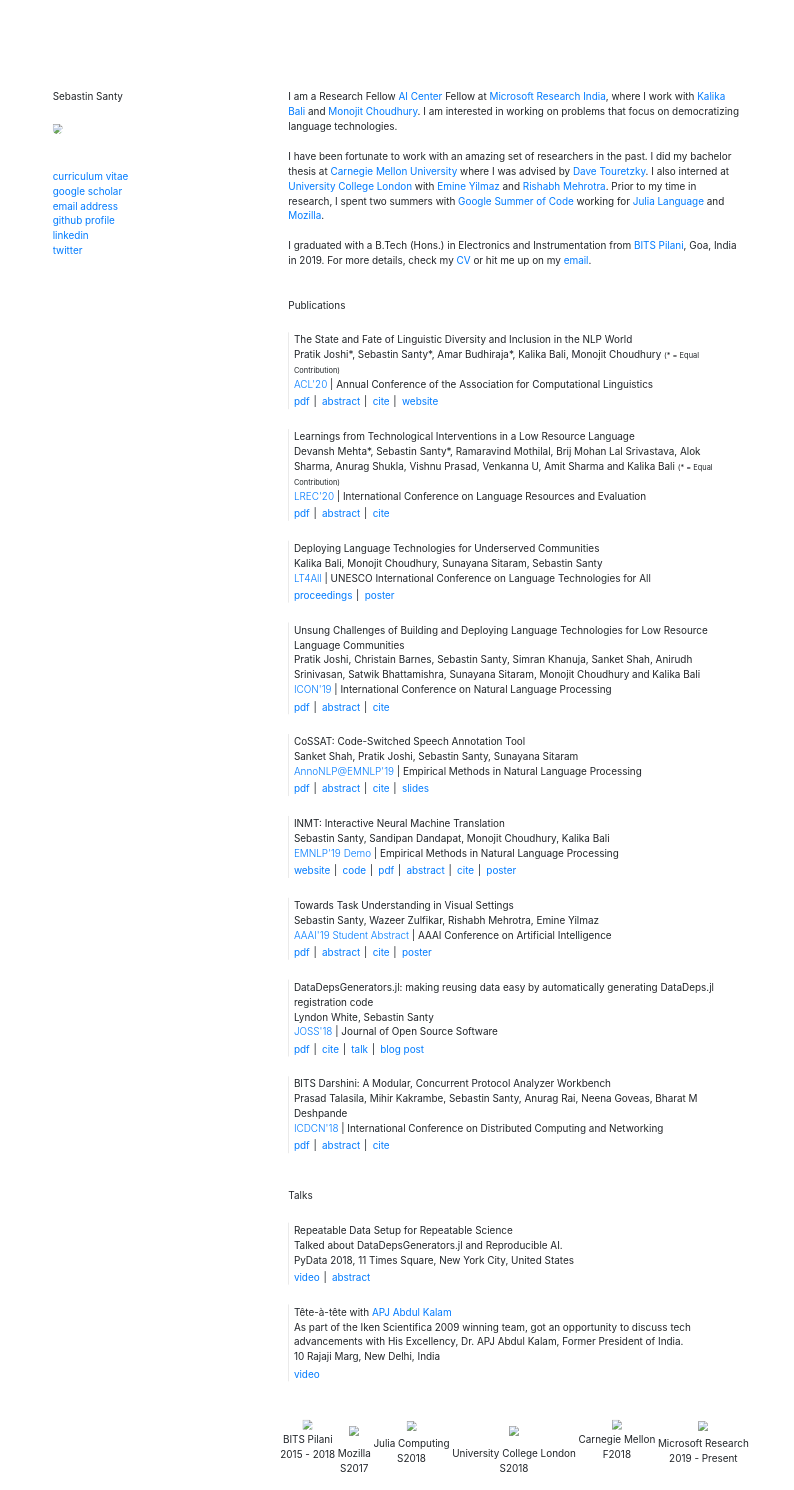
Repository: divyanshuaggarwal/divyanshuaggarwal.github.io
Page: index.html
An editor plug-in stored every save of this project. The page is shown before and after the next save, followed by the edit.
The browser window is 1280 px wide. The pictures show the whole page, at 62% of full size.

Above is the page before, as saved 2024-02-18 23:09:27.
Not found: assets/style-3.js
Not found: images/CMU1.png
Not found: images/bitspilani.png

After the next save:
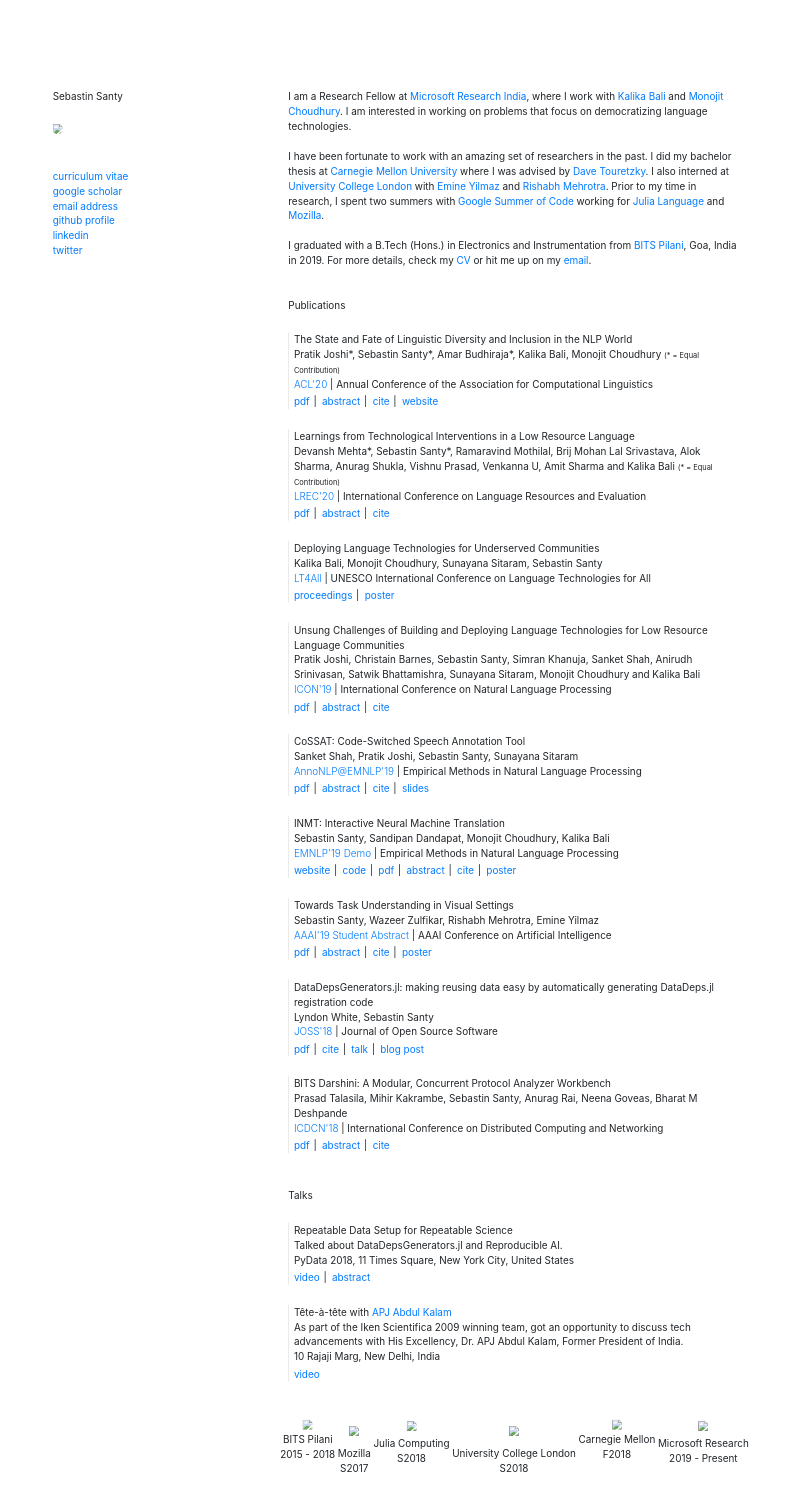
Saved 20 s later.
--- a/index.html
+++ b/index.html
@@ -41,8 +41,7 @@
                 </div>
             </div>
             <div class="col-md-8 pt-5 about">
-                 I am a Research Fellow <a class="in-text" href="https://www.microsoft.com/en-us/research/group/scai/"
-                     target="_blank">AI Center</a> Fellow at <a class="in-text"
+                 I am a Research Fellow at <a class="in-text"
                      href="https://www.microsoft.com/en-us/research/lab/microsoft-research-india/"
                      target="_blank">Microsoft Research India</a>, where I work with <a class="in-text"
                      href="https://www.microsoft.com/en-us/research/people/kalikab/" target="_blank">Kalika Bali</a> and
